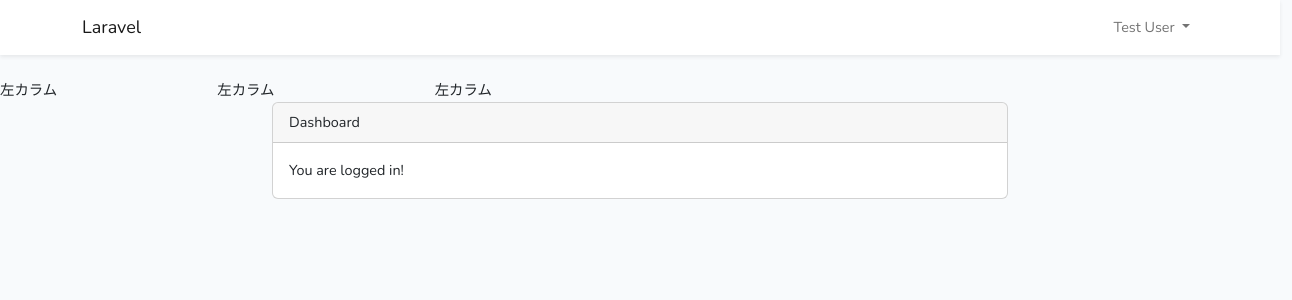
Repository: OkunoTaichi/laravel-simple-memo
Page: http://localhost/home
An editor plug-in stored every save of this project. The page is shown before and after the next save, followed by the edit.
The browser window is 1280 px wide. The page is 1292 px wide, so the pictures cover 1292 px, including what lies to the right of the window. The pictures show the whole page.
The page is served by the project's Laravel application, run on PHP 8.4 with Laravel 8. A made-up administrator, Test User (test@example.com), is signed in. Queries for data that is not in the repository find no rows.

Above is the page before, as saved 2022-11-09 18:17:53.

After the next save:
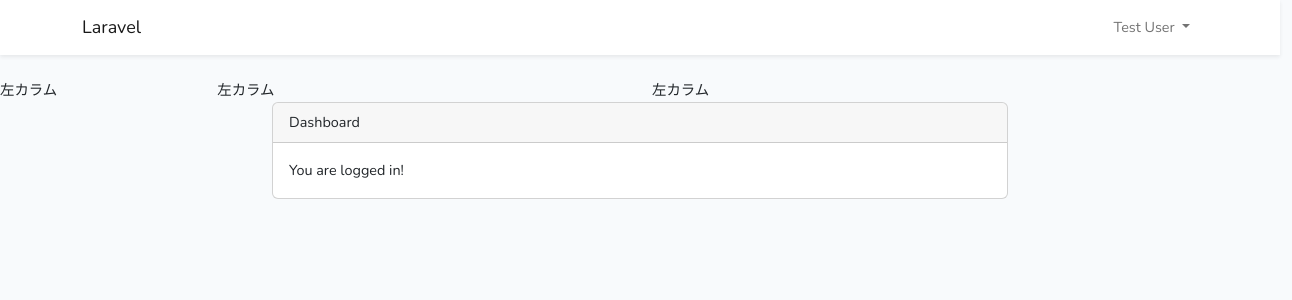
Saved 4 s later.
--- a/resources/views/layouts/app.blade.php
+++ b/resources/views/layouts/app.blade.php
@@ -79,8 +79,8 @@
         <main class="py-4">
             <div class="row">
                 <div class="col-md-2">左カラム</div>
-                <div class="col-md-2">左カラム</div>
-                <div class="col-md-2">左カラム</div>
+                <div class="col-md-4">左カラム</div>
+                <div class="col-md-6">左カラム</div>
             </div>
             @yield('content')
         </main>
